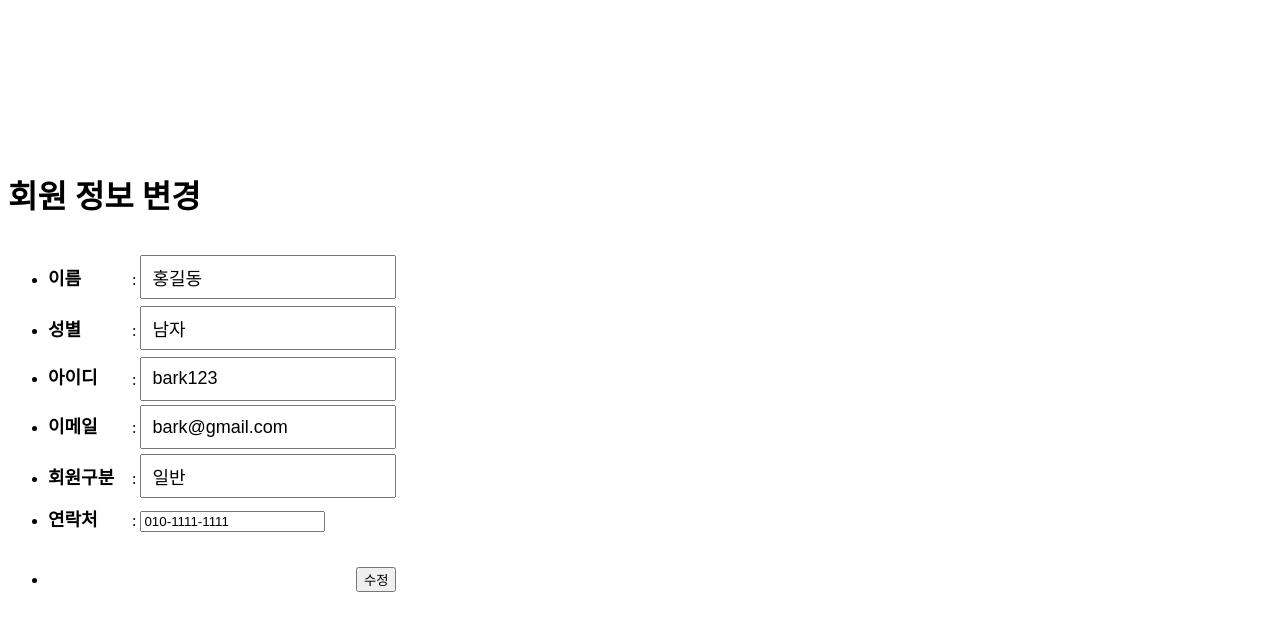
Repository: jngwk/Project-Bark
Page: http://localhost/Bark/include/userEditProfileFrm.jsp
An editor plug-in stored every save of this project. The page is shown before and after the next save, followed by the edit.
The browser window is 1280 px wide. The pictures show the whole page.
The page is served by Tomcat 9.

Above is the page before, as saved 2024-03-31 05:20:01.

After the next save:
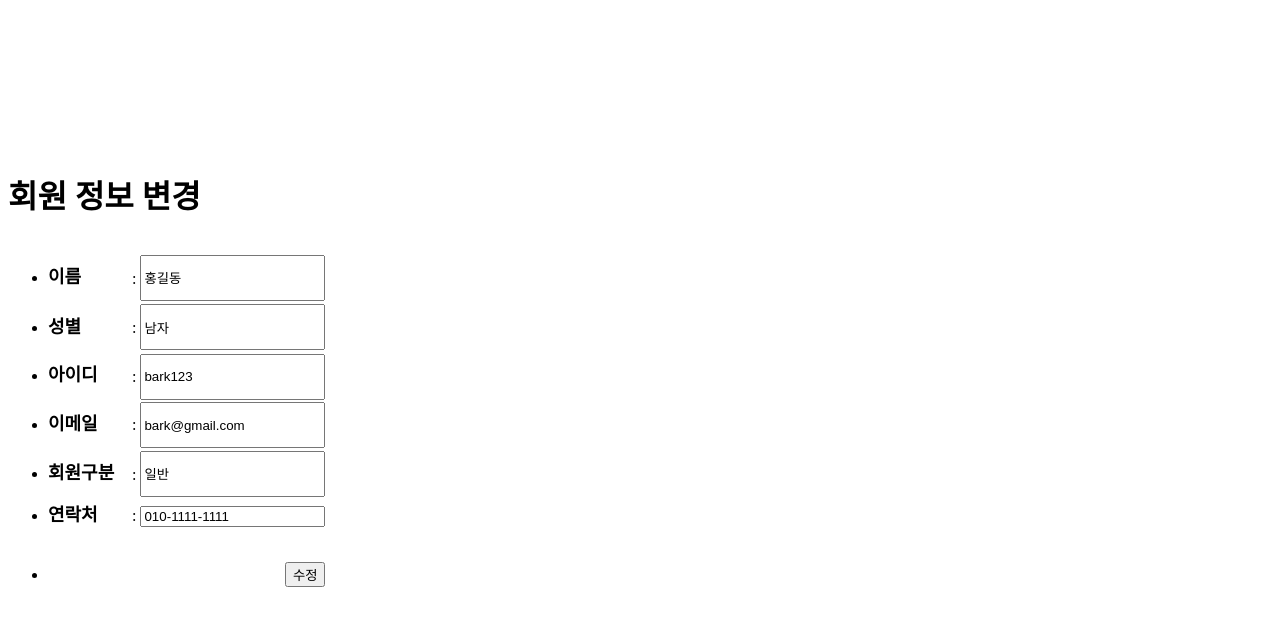
Saved 5 s later.
--- a/java_workspace/Bark/src/main/webapp/css/userEditProfileFrm.css
+++ b/java_workspace/Bark/src/main/webapp/css/userEditProfileFrm.css
@@ -14,8 +14,6 @@
 .profile{
 	height: 40px;
 	line-height: 35px;
-	font-size: 18px;
-	padding: 0 10px;
 }
 
 .main_info {
